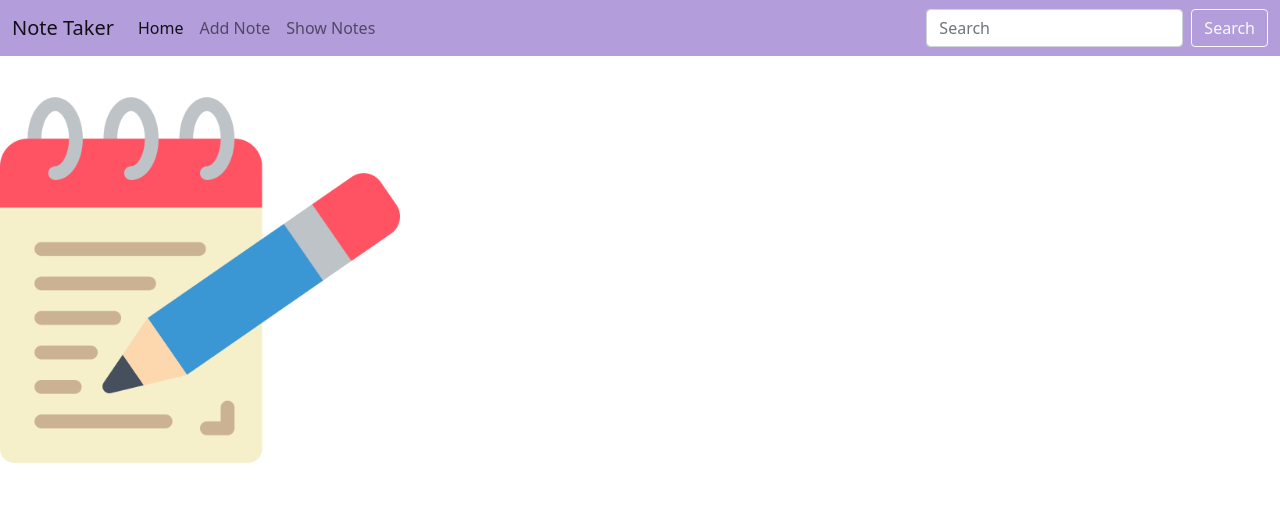
Repository: Tanmoy4672/Hibernate
Page: http://localhost/NoteTaker/
The author's editor kept a copy of each file at every save. The page is drawn from the files as they stood at one save, then again after the next save.
The browser window is 1280 px wide. The pictures show the whole page.
The page is served by Tomcat 9. Other server files are loaded and not shown.

Above is the page before, as saved 2021-12-16 22:50:13.

### NoteTaker/src/main/webapp/index.jsp
<!doctype html>
<html lang="en">
  <head>
    <!-- Required meta tags -->
    <meta charset="utf-8">
    <meta name="viewport" content="width=device-width, initial-scale=1">

    <title>Note Taker :HomePage</title>
       <%@include file="All_js_css.jsp" %>

  </head>
  <body>

    <div class="container-fluid p-0 m-0">
    <%@include file="Navbar.jsp" %>

    <br>
    <div>
    <img alt="" class="img-fluid mx-auto" style="max-width:400px" src="img/notepad.png">
    </div>
    </div>















  </body>
</html>

### NoteTaker/src/main/webapp/All_js_css.jsp
<!-- Bootstrap CSS -->
    <link href="https://cdn.jsdelivr.net/npm/bootstrap@5.0.2/dist/css/bootstrap.min.css" rel="stylesheet" integrity="sha384-EVSTQN3/azprG1Anm3QDgpJLIm9Nao0Yz1ztcQTwFspd3yD65VohhpuuCOmLASjC" crossorigin="anonymous">
    <link href="CSS/style.css" rel="stylesheet"/>

 <!-- Optional JavaScript; choose one of the two! -->

    <!-- Option 1: Bootstrap Bundle with Popper -->
    <script src="https://cdn.jsdelivr.net/npm/bootstrap@5.0.2/dist/js/bootstrap.bundle.min.js" integrity="sha384-MrcW6ZMFYlzcLA8Nl+NtUVF0sA7MsXsP1UyJoMp4YLEuNSfAP+JcXn/tWtIaxVXM" crossorigin="anonymous"></script>

    <!-- Option 2: Separate Popper and Bootstrap JS -->

    <script src="https://cdn.jsdelivr.net/npm/@popperjs/core@2.9.2/dist/umd/popper.min.js" integrity="sha384-IQsoLXl5PILFhosVNubq5LC7Qb9DXgDA9i+tQ8Zj3iwWAwPtgFTxbJ8NT4GN1R8p" crossorigin="anonymous"></script>
    <script src="https://cdn.jsdelivr.net/npm/bootstrap@5.0.2/dist/js/bootstrap.min.js" integrity="sha384-cVKIPhGWiC2Al4u+LWgxfKTRIcfu0JTxR+EQDz/bgldoEyl4H0zUF0QKbrJ0EcQF" crossorigin="anonymous"></script>

### NoteTaker/src/main/webapp/Navbar.jsp
<nav class="navbar navbar-expand-lg navbar-light purple">
	<div class="container-fluid">
		<a class="navbar-brand" href="index.jsp">Note Taker</a>
		<button class="navbar-toggler" type="button" data-bs-toggle="collapse"
			data-bs-target="#navbarSupportedContent"
			aria-controls="navbarSupportedContent" aria-expanded="false"
			aria-label="Toggle navigation">
			<span class="navbar-toggler-icon"></span>
		</button>
		<div class="collapse navbar-collapse" id="navbarSupportedContent">
			<ul class="navbar-nav me-auto mb-2 mb-lg-0">
				<li class="nav-item"><a class="nav-link active"
					aria-current="page" href="index.jsp">Home</a></li>
				<li class="nav-item"><a class="nav-link" href="add_notes.jsp">Add Note</a></li>

				<li class="nav-item"><a class="nav-link" href="all_notes.jsp"
					tabindex="-1" >Show Notes</a></li>
			</ul>
			<form class="d-flex">
				<input class="form-control me-2" type="search" placeholder="Search"
					aria-label="Search">
				<button class="btn btn-outline-light" type="submit">Search</button>
			</form>
		</div>
	</div>
</nav>

### NoteTaker/src/main/webapp/CSS/style.css
.purple{
	background: #b39ddb;
}

After the next save:
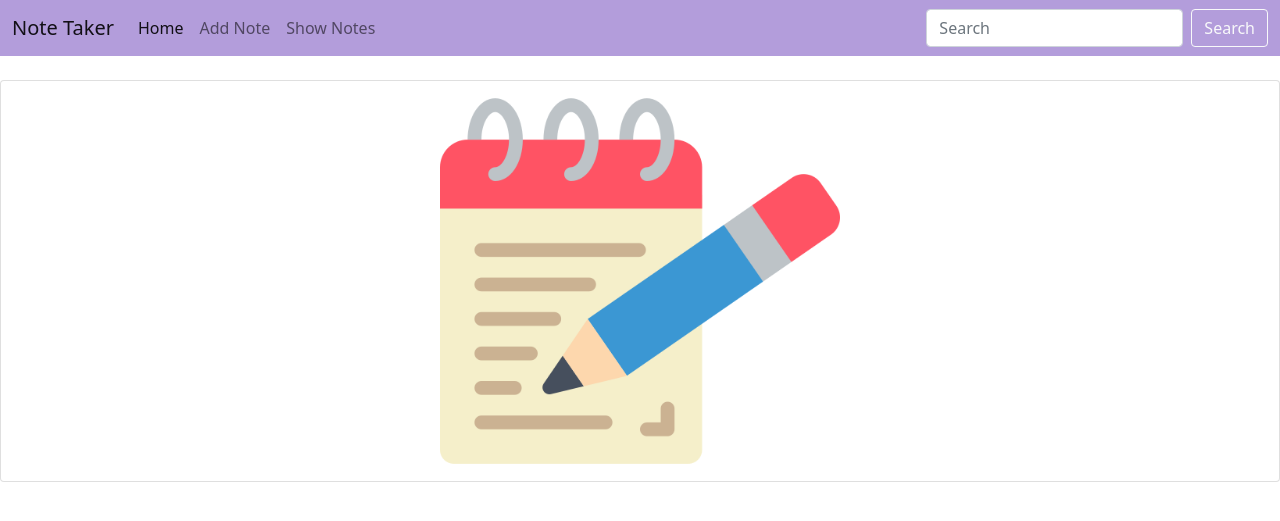
Saved 60 s later.
--- a/NoteTaker/src/main/webapp/index.jsp
+++ b/NoteTaker/src/main/webapp/index.jsp
@@ -15,7 +15,7 @@
     <%@include file="Navbar.jsp" %>
 
     <br>
-    <div>
+    <div class="card">
     <img alt="" class="img-fluid mx-auto" style="max-width:400px" src="img/notepad.png">
     </div>
     </div>
